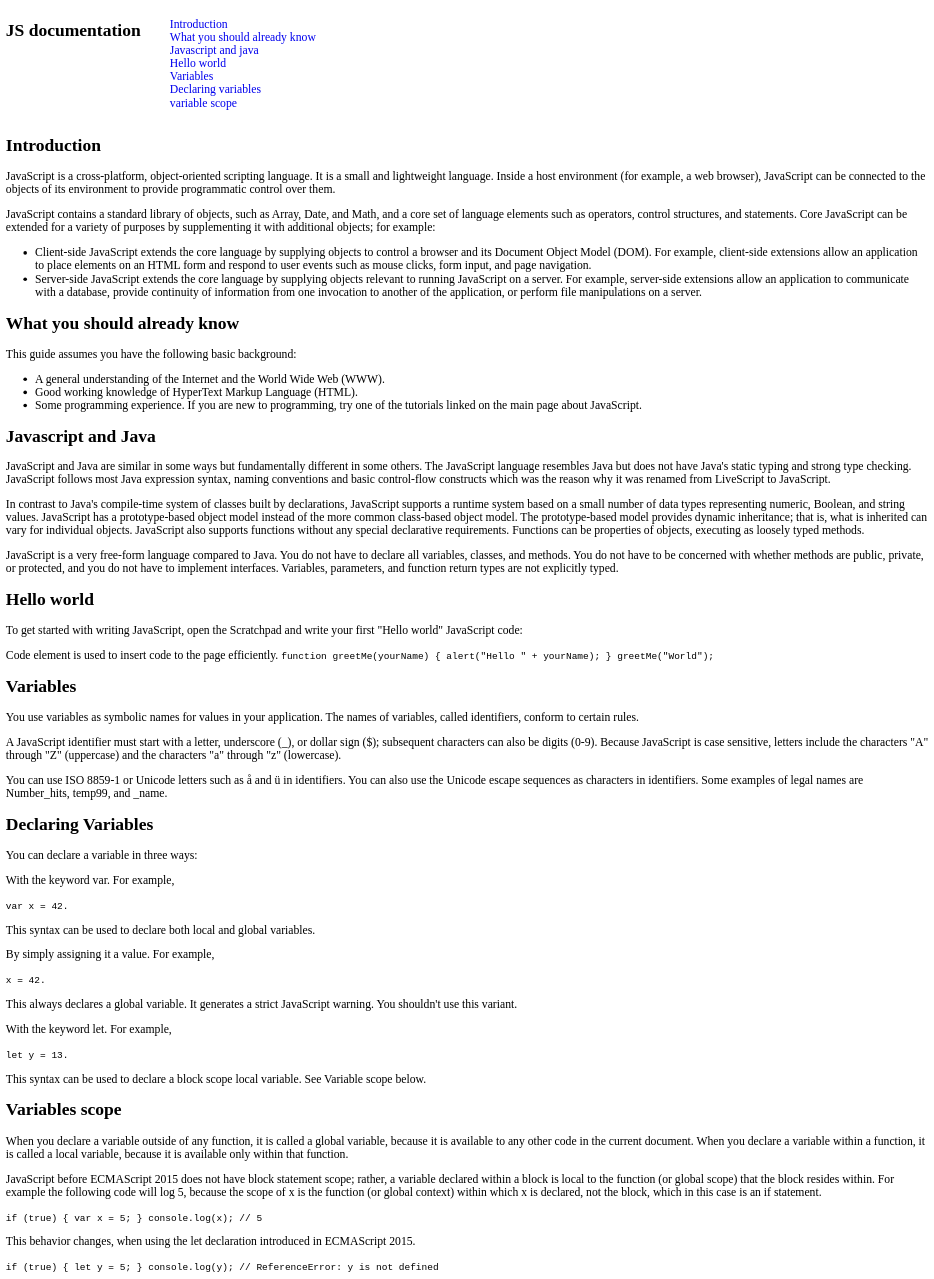
Repository: Pafestivo/Technical-documentation
Page: index.html
These files come from the project's save history. The page is drawn as it stood at one moment and after the next save; the edit follows.
The browser window is 1280 px wide. The pictures show the whole page, at 73% of full size.

Above is the page before, as saved 2022-09-07 12:59:57.

After the next save:
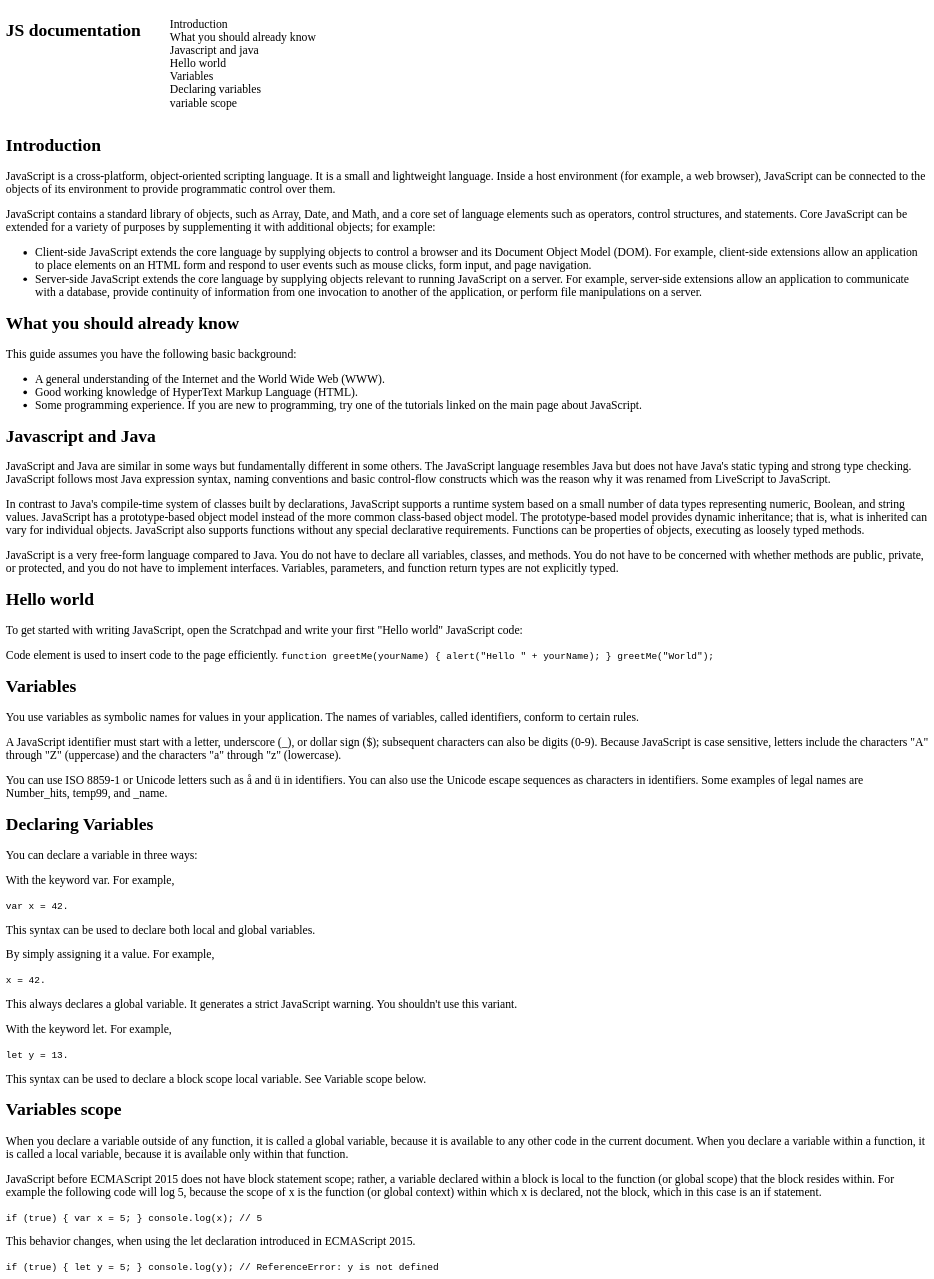
Saved 14 s later.
--- a/styles.css
+++ b/styles.css
@@ -14,6 +14,7 @@ html {
 
 #navbar ul a {
   text-decoration: none;
+  color: #000;
 }
 
 /* Navigation bar end  */
